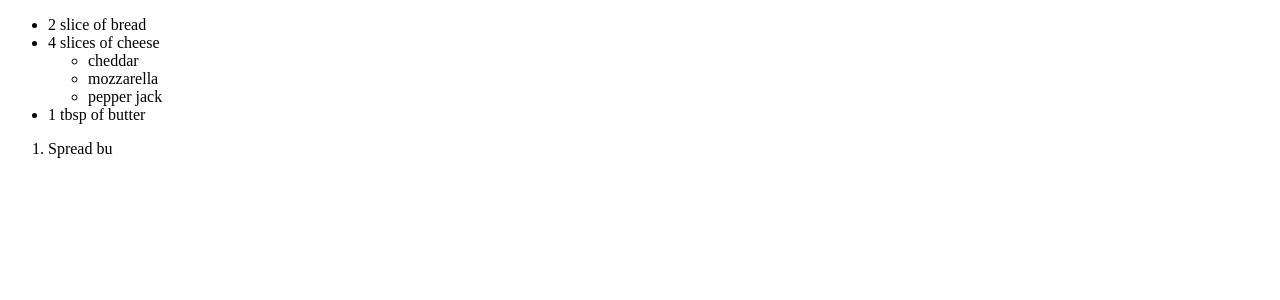
Repository: peterclermy232/phase-0-html-lists-lab
Page: index.html
These files come from the project's save history. The page is drawn as it stood at one moment and after the next save; the edit follows.
The browser window is 1280 px wide. The pictures show the whole page.

Above is the page before, as saved 2022-05-29 15:55:41.

### index.html
<!DOCTYPE html>
<html lang="en">
  <head>
    <title>Lists Lab</title>
  </head>
  <body>
    <!-- Write your HTML in this file -->
    <!--creating unordered list-->
    <ul>
      <li>2 slice of bread</li>
      <li>
        4 slices of cheese
        <ul>
          <li>cheddar</li>
          <li>mozzarella</li>
          <li>pepper jack</li>
        </ul>
      </li>
      <li>1 tbsp of butter</li>
    </ul>
    <!--creating ordered list-->
    <ol>
      <li>Spread bu</li>
    </ol>
  </body>
</html>

After the next save:
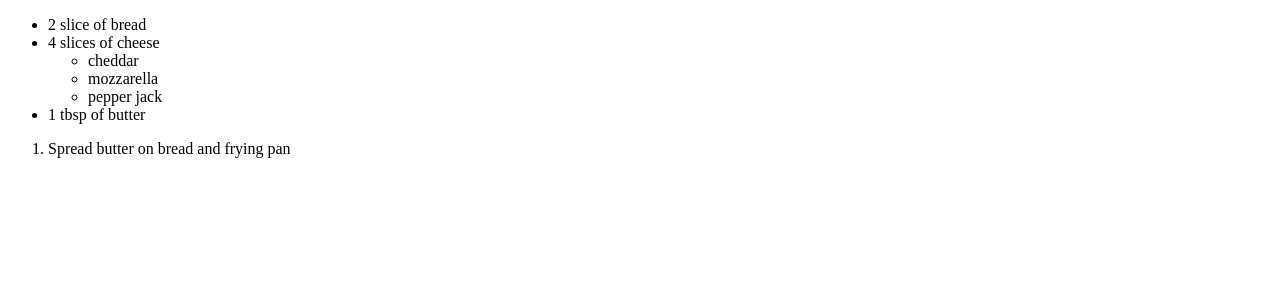
Saved 13 s later.
--- a/index.html
+++ b/index.html
@@ -20,7 +20,7 @@
     </ul>
     <!--creating ordered list-->
     <ol>
-      <li>Spread bu</li>
+      <li>Spread butter on bread and frying pan</li>
     </ol>
   </body>
 </html>
